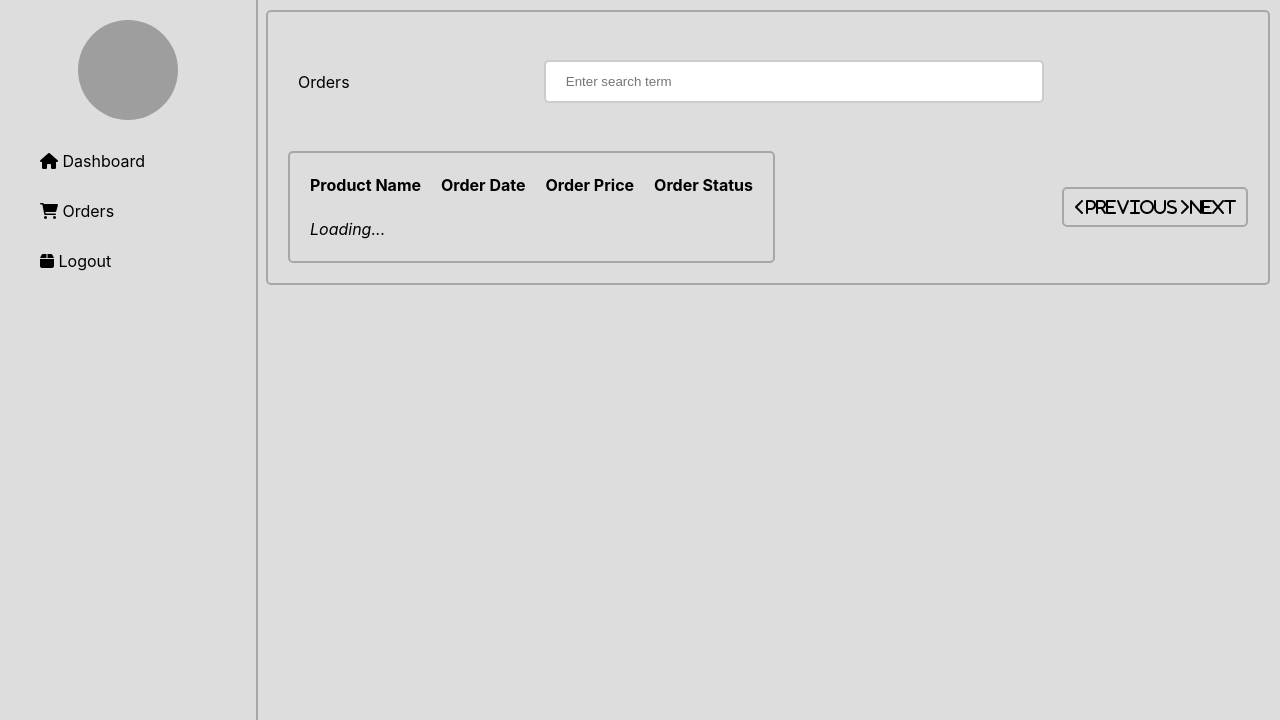
Repository: cjaymoni/FE_Submission02
Page: http://localhost/orders
An editor plug-in stored every save of this project. The page is shown before and after the next save, followed by the edit.
The browser window is 1280 px wide. The pictures show the whole page.
Pictures or frames that could not be fetched are drawn as grey boxes. The page is run by PHP 8.4 with error messages shown; the project is at /var/www/html/.

Above is the page before, as saved 2022-10-04 15:26:50.
Console error: TypeError: Cannot read properties of null (reading 'addEventListener')

### index.php
<!doctype html>
<html lang="en">
<head>
    <?php include './layout/header.html' ?>
</head>
<body>
<?php
require_once './layout/sidebar.html';

$request = $_SERVER['REQUEST_URI'];

switch ($request) {
        case '/' :
        case '' :
        case '/home' :
            case '/login':
                case '/login/':
        require __DIR__.'/views/login-page/login.html';
        break;


        case '/orders':
        case '/orders/':
        require __DIR__.'/views/orders/orders.html';
        break;

        case '/dashboard':
        case '/dashboard/':
        require __DIR__.'/views/dashboard/dashboard.html';
        break;





        default:
        require __DIR__.'/views/404/404.html';
        break;
}
?>

 <?php require_once './layout/footer.html' ?>
</body>
</html>

### layout/header.html
<meta charset="utf-8" />
<meta name="viewport" content="width=device-width, initial-scale=1.0" />

<!-- FavIcon -->
<link rel="icon" type="image/svg+xml" href="assets/Freddys_Logo.svg" />

<!-- CSS -->
<link rel="stylesheet" href="css/styles.css" />

<!-- Font Awesome -->
<link
  rel="stylesheet"
  href="https://use.fontawesome.com/releases/v6.2.0/css/all.css"
/>
<script src="https://cdn.jsdelivr.net/npm/chart.js"></script>

<!-- Title -->
<title>Freddy's Shop</title>

### layout/sidebar.html
<aside>
  <div class="sidebar" id="sidebar">
    <div class="profile">
      <img src="assets/Freddys_Logo.svg" alt="Freddys_Logo" />
    </div>
    <ul>
      <li>
        <a href="/dashboard">
          <i class="fas fa-home"></i>
          <span>Dashboard</span>
        </a>
      </li>
      <li>
        <a href="/orders">
          <i class="fas fa-shopping-cart"></i>
          <span>Orders</span>
        </a>
      </li>
      <li>
        <a href="/">
          <i class="fas fa-box"></i>
          <span>Logout</span>
        </a>
      </li>
    </ul>
  </div>
</aside>
<script src="js/sidebar-toggle.js"></script>

### views/orders/orders.html
<div class="content">
  <div class="container">
    <div class="order-header-text">
      <span>Orders</span>

      <!-- <div>
        <i class="fas fa-search"></i>

        <input type="text" id="searchInput" placeholder="Search" />
        <i class="fas fa-times" id="clearIcon"></i>
      </div>
    </div> -->
      <div class="search-wrapper">
        <input
          type="text"
          name="focus"
          required
          class="search-box"
          placeholder="Enter search term"
        />
        <button class="close-icon" type="reset"></button>
      </div>
    </div>

    <div class="container">
      <table id="ordersTable">
        <thead>
          <tr>
            <th>Product Name</th>
            <th>Order Date</th>
            <th>Order Price</th>
            <th>Order Status</th>
          </tr>
        </thead>

        <tbody>
          <tr>
            <td colspan="4"><i>Loading...</i></td>
          </tr>
        </tbody>
      </table>
    </div>

    <div class="container">
      <i id="prevButton" class="fas fa-chevron-left">Previous</i>
      <i id="nextButton" class="fas fa-chevron-right">Next</i>
    </div>
  </div>

  <script src="js/orders.js" defer></script>
</div>

### layout/footer.html
<script
  src="https://code.jquery.com/jquery-3.6.1.min.js"
  integrity="sha256-o88AwQnZB+VDvE9tvIXrMQaPlFFSUTR+nldQm1LuPXQ="
  crossorigin="anonymous"
></script>

### css/styles.css
:root {
    --color-primary: #f00;
    --color-secondary: #0f0;
    --color-tertiary: rgb(0, 110, 255);
    background-color: #dddddd;
    font-family: Inter, Avenir, Helvetica, Arial, sans-serif;
    font-size: 16px;
    line-height: 24px;
    min-width: 100vw;
    min-height: 100vh;
    scroll-behavior: smooth;
}


body {
    overflow-x: hidden;
    height: 100vh;
    width: 100vw;
    margin: 0;
}

.login-div {
    display: flex;
    flex-direction: column;
    justify-content: center;
    align-items: center;
    border: 5px solid rgb(65, 61, 61);
    margin: auto;
    margin-top: 5%;
    width: 50%;
    padding: 5px;


}

.login-head {
    display: flex;
    justify-content: space-between;
    flex-wrap: wrap;
}

.login-img {
    width: 100px;
    height: 100px;
    border-radius: 50%;
    margin: 10px;
}

.login-head-text {
    display: flex;
    justify-content: center;
    align-items: center;
    margin: 10px;
    flex-wrap: wrap;
}

.login-head-img {
    display: flex;
    justify-content: center;
    align-items: center;
    margin: 10px;
}

.login-form {
    display: flex;
    flex-direction: column;
    justify-content: center;
    align-items: center;
    margin: 10px;
    width: 100%;
}



.input-div {
    display: flex;
    flex-direction: column;
    justify-content: center;
    align-items: center;
    margin: 10px;
    width: 100%;
}

input[type=text],
input[type=password] {
    width: 100%;
    padding: 12px 20px;
    margin: 8px 0;
    display: inline-block;
    border: 2px solid #ccc;
    box-sizing: border-box;
    border-radius: 5px;
}

.login-btn {
    width: 100%;
    padding: 10px;
    border: 2px solid #ccc;
    border-radius: 5px;
}


.sidebar {
    background-color: #dddddd;
    position: fixed;
    top: 0;
    left: 0;
    width: 20%;
    height: 100%;
    padding: 20px 0;
    transition: all 0.5s ease;
    border-right: 2px solid rgb(167, 167, 167);

}

.content {
    width: 80%;
    height: 100%;
    float: right;

}


.sidebar .profile img {
    display: block;
    width: 100px;
    height: 100px;
    border-radius: 50%;
    margin: 0 auto;
}

.sidebar ul li {
    list-style: none;

}

.sidebar ul li a {
    display: block;
    padding: 13px 0px;
    /* border-bottom: 1px solid #10558d; */
    color: black;
    font-size: 16px;
    position: relative;
    text-decoration: none;
}

.sidebar ul li a .icon {
    color: black;
    width: 30px;
    display: inline-block;
}


.container {
    display: flex;
    justify-content: space-between;
    flex-wrap: wrap;
    align-items: center;
    margin: 10px;
    padding: 10px;
    border: 2px solid rgb(167, 167, 167);
    border-radius: 5px;
}

.container-col {
    display: flex;
    justify-content: space-between;
    flex-direction: column;
    flex-wrap: wrap;
    align-items: center;
    margin: 10px;
    padding: 10px;
    border: 2px solid rgb(167, 167, 167);
    border-radius: 5px;
}

/* .order-table-div {
    display: flex;
    justify-content: center;
    align-items: center;
    margin: 10px;
    padding: 10px;
    border: 2px solid rgb(167, 167, 167);
    border-radius: 5px;

} */

table {
    border-collapse: collapse;
    width: 100%;

}

td,
th {
    padding: 10px;
    text-align: left;
}

/* td :nth-child(1) {

    width: 40%;
} */

tr:nth-child(even) {
    background-color: #ffce97;
}

.dashboard-card {
    border: 1px solid #ccc;
    align-items: center;
    margin: 10px;
    padding: 10px;
    border-radius: 5px;
}

.switch {
    position: relative;
    display: inline-block;
    width: 60px;
    height: 34px;
}

.switch input {
    opacity: 0;
    width: 0;
    height: 0;
}

.slider {
    position: absolute;
    cursor: pointer;
    top: 0;
    left: 0;
    right: 0;
    bottom: 0;
    background-color: #ccc;
    -webkit-transition: .4s;
    transition: .4s;
}

.slider:before {
    position: absolute;
    content: "";
    height: 26px;
    width: 26px;
    left: 4px;
    bottom: 4px;
    background-color: white;
    -webkit-transition: .4s;
    transition: .4s;
}

input:checked+.slider {
    background-color: #2196F3;
}

input:focus+.slider {
    box-shadow: 0 0 1px #2196F3;
}

input:checked+.slider:before {
    -webkit-transform: translateX(26px);
    -ms-transform: translateX(26px);
    transform: translateX(26px);
}

/* Rounded sliders */
.slider.round {
    border-radius: 34px;
}

.slider.round:before {
    border-radius: 50%;
}

.order-header-text {
    display: flex;
    justify-content: space-between;
    flex-wrap: wrap;
    align-items: center;
    margin: 10px;
    padding: 10px;
    width: 100%
}

.table-img {
    width: 50px;
    height: 40px;
}

.search-box,
.close-icon,
.search-wrapper {
    position: relative;
    padding: 10px;
}

.search-wrapper {
    width: 500px;
    margin: auto;
    /* margin-top: 50px; */
}

.search-box {
    width: 80%;
    border: 1px solid #ccc;
    outline: 0;
    border-radius: 15px;
}

.search-box:focus {
    box-shadow: 0 0 15px 5px #b0e0ee;
    border: 2px solid #bebede;
}

.close-icon {
    border: 1px solid transparent;
    background-color: transparent;
    display: inline-block;
    vertical-align: middle;
    outline: 0;
    cursor: pointer;
}

.close-icon:after {
    content: "X";
    display: block;
    width: 15px;
    height: 15px;
    position: absolute;
    background-color: #FA9595;
    z-index: 1;
    right: 35px;
    top: 0;
    bottom: 0;
    margin: auto;
    padding: 2px;
    border-radius: 50%;
    text-align: center;
    color: white;
    font-weight: normal;
    font-size: 12px;
    box-shadow: 0 0 2px #E50F0F;
    cursor: pointer;
}

.search-box:not(:valid)~.close-icon {
    display: none;
}

### js/sidebar-toggle.js
const pgUrl = window.location.href.substr(
  window.location.href.lastIndexOf("/") + 1
);
const sdComponent = document.querySelector(".sidebar");

if (pgUrl != "orders" && pgUrl != "dashboard") {
  sdComponent.style.display = "none";
}

### js/orders.js
const API_URL = "https://freddy.codesubmit.io/";

const user_token = JSON.parse(localStorage.getItem("access_token"));
const user_refresh = JSON.parse(localStorage.getItem("refresh_token"));

let ordersData = [];

let originalRequest = async (url, config) => {
  url = `${url}`;
  let response = await fetch(url, config);
  let data = await response.json();
  // console.log("REQUESTING:", data);
  return { response, data };
};

let refreshToken = async (refreshToken) => {
  let response = await fetch(API_URL + "refresh", {
    method: "POST",
    headers: {
      Authorization: `Bearer ${refreshToken}`,
    },
  });
  let data = await response.json();
  localStorage.setItem("access_token", JSON.stringify(data.access_token));
  return data;
};

let customFetcher = async (url, config = {}) => {
  let authTokens = JSON.parse(localStorage.getItem("access_token"));

  let refresh_token = JSON.parse(localStorage.getItem("refresh_token"));

  config["headers"] = {
    Authorization: `Bearer ${authTokens}`,
  };

  let { response, data } = await originalRequest(url, config);
  console.log("After Request");

  if (response.status === 401) {
    authTokens = await refreshToken(refresh_token);

    config["headers"] = {
      Authorization: `Bearer ${authTokens}`,
    };

    let newResponse = await originalRequest(url, config);
    response = newResponse.response;
    data = newResponse.data;
  }
  ordersData = data;

  console.log(ordersData);

  createTable(ordersData?.orders);

  return response, data;
};

const pageSize = 10;
let curPage = 1;

let createTable = async (data) => {
  let table = document.querySelector("#ordersTable tbody");

  let result = "";
  await data
    .filter((row, index) => {
      let start = (curPage - 1) * pageSize;
      let end = curPage * pageSize;
      if (index >= start && index < end) return true;
    })
    .forEach((c) => {
      result += `<tr>
     <td>${c.product?.name}</td>
     <td>${c.created_at}</td>
     <td>${c.currency}${c.total}</td>
     <td>${c.status}</td>
     </tr>`;
    });
  return (table.innerHTML = result);
};
document
  .querySelector("#nextButton")
  .addEventListener("click", nextPage, false);
document
  .querySelector("#prevButton")
  .addEventListener("click", previousPage, false);

function previousPage() {
  if (curPage > 1) curPage--;
  createTable(ordersData?.orders);
}
function nextPage() {
  if (curPage * pageSize < ordersData?.orders.length) curPage++;
  createTable(ordersData?.orders);
}
const searchInput = document.getElementById("searchInput");
const clearIcon = document.getElementById("clearIcon");

clearIcon.addEventListener("click", () => {
  searchInput.value = "";
  customFetcher(API_URL + `orders?page=1`);
});

searchInput.addEventListener("keyup", (e) => {
  const searchString = e.target.value.toLowerCase();
  if (searchString.length > 1) {
    clearIcon.style.display = "block";
    customFetcher(API_URL + `orders?page=1&q=${searchString}`);
  }
});
window.addEventListener("load", (event) => {
  customFetcher(API_URL + `orders?page=1&q=${searchInput.value}`);
  clearIcon.style.display = "block";
});

After the next save:
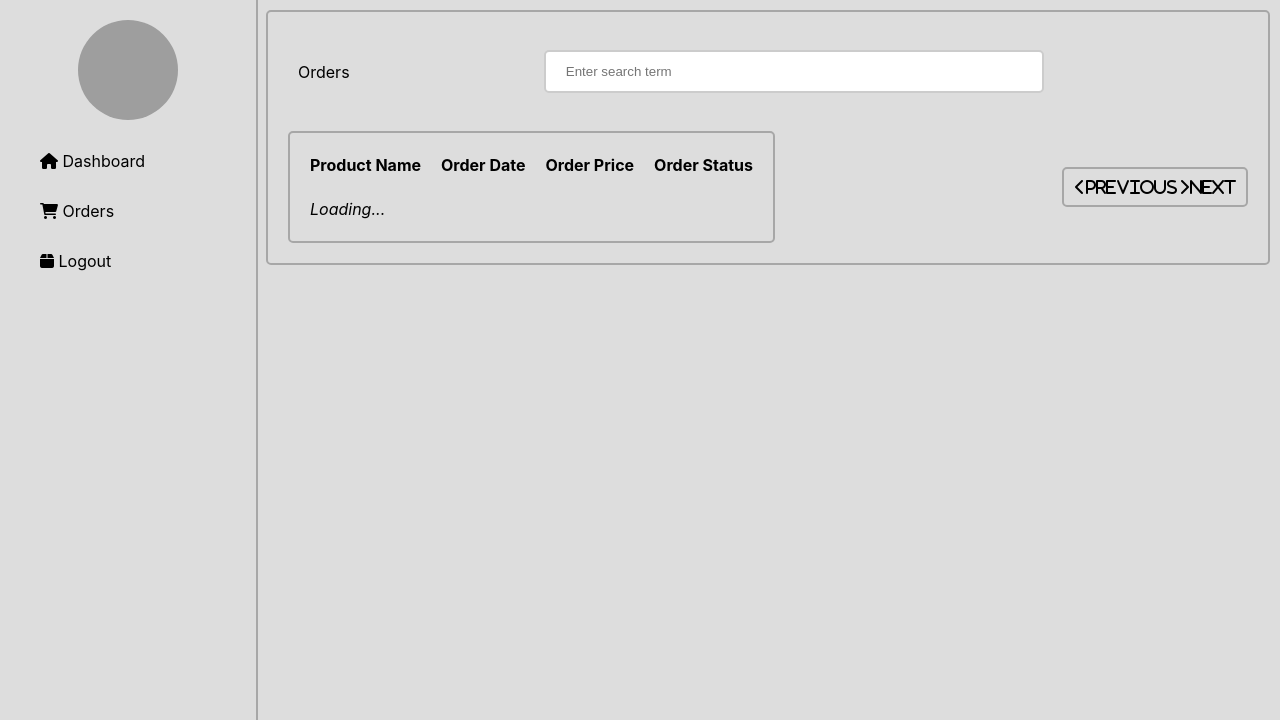
Saved 29 s later.
--- a/css/styles.css
+++ b/css/styles.css
@@ -290,8 +290,7 @@ input:checked+.slider:before {
 }
 
 .search-box,
-.close-icon,
-.search-wrapper {
+.close-icon {
     position: relative;
     padding: 10px;
 }
@@ -299,6 +298,7 @@ input:checked+.slider:before {
 .search-wrapper {
     width: 500px;
     margin: auto;
+    display: flex;
     /* margin-top: 50px; */
 }
 
